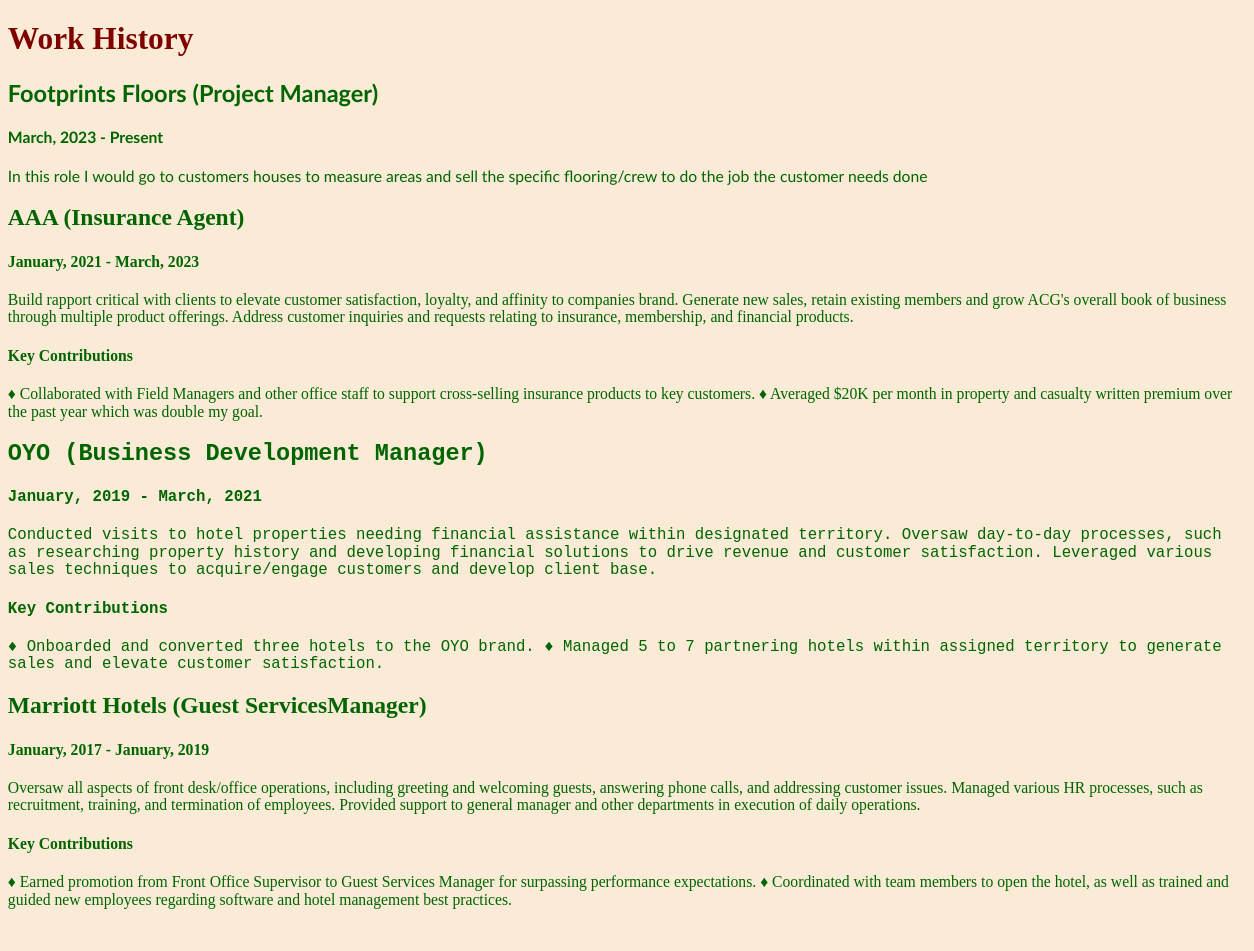
Repository: TEazy2433/LAB-HTML-Resume
Page: index.html
The author's editor kept a copy of each file at every save. The page is drawn from the files as they stood at one save, then again after the next save.
The browser window is 1280 px wide. The pictures show the whole page, at 98% of full size.

Above is the page before, as saved 2023-10-11 20:27:22.

### index.html
<!DOCTYPE html>
<html lang="en">
<head>
  <meta charset="UTF-8">
  <meta name="viewport" content="width=device-width, initial-scale=1.0">
  <title>Resume</title>
  <link rel="stylesheet" href="main.css">
  </head>
  <body>

  <script src="main.js"></script>
  </body>
  </html><html></html>
    </head>
      <title>Work History</title>
    </head>
    <body>
      <h1>Work History</h1>
      <article id="articleOne">
        <h2>Footprints Floors (Project Manager)</h2>
        <h4>March, 2023 - Present</h4>
        <section>
          <p>In this role I would go to customers houses to measure areas and sell the specific flooring/crew to do the job the customer needs done</p>
        </section>
      </article>

      <article id="articleTwo">
        <h2>AAA (Insurance Agent)</h2>
        <h4>January, 2021 - March, 2023</h4>
        <section>
          <p>Build rapport critical with clients to elevate customer satisfaction, loyalty, and affinity to companies brand. Generate new sales, retain existing members and grow ACG's overall book of business through multiple product offerings. Address customer inquiries and requests relating to insurance, membership, and financial products.</p>

          <h4>Key Contributions</h4>
          <P>♦ Collaborated with Field Managers and other office staff to support cross-selling insurance products to key customers.
            ♦ Averaged $20K per month in property and casualty written premium over the past year which was double my goal.</P>
        </section>
      </article>

      <article id="articleThree">
        <h2>OYO (Business Development Manager)</h2>
        <h4>January, 2019 - March, 2021</h4>
        <section>
          <p>Conducted visits to hotel properties needing financial assistance within designated territory. Oversaw day-to-day processes, such as researching property history and developing financial solutions to drive revenue and customer satisfaction. Leveraged various sales techniques to acquire/engage customers and develop client base.</p>

          <h4>Key Contributions</h4>
          <P>♦ Onboarded and converted three hotels to the OYO brand.
            ♦ Managed 5 to 7 partnering hotels within assigned territory to generate sales and elevate customer satisfaction.</P>
        </section>
      </article>

      <article id="articleFour">
        <h2>Marriott Hotels (Guest ServicesManager)</h2>
        <h4>January, 2017 - January, 2019</h4>
        <section>
          <p>Oversaw all aspects of front desk/office operations, including greeting and welcoming guests, answering phone calls, and addressing customer issues. Managed various HR processes, such as recruitment, training, and termination of employees. Provided support to general manager and other departments in execution of daily operations.</p>

          <h4>Key Contributions</h4>
          <P>♦ Earned promotion from Front Office Supervisor to Guest Services Manager for surpassing performance expectations.
            ♦ Coordinated with team members to open the hotel, as well as trained and guided new employees regarding software
            and hotel management best practices.</P>
        </section>
      </article>


    </body>

### main.css
body{
  background-color: antiquewhite;
}

h1{
  color:maroon

}

h2{
  color: darkgreen;
}

p{
  color:darkgreen
}

h4{
  color:darkgreen
}

h5{
  color: darkgreen;
}

#articleOne{
  font-family: 'Gill Sans', 'Gill Sans MT', Calibri, 'Trebuchet MS', sans-serif;
}

#articleTwo{
  font-family: cursive;
}

#articleThree{
  font-family: 'Courier New', Courier, monospace;
}

#articleFour{
  font-family: fantasy;
}

### main.js
console.log("Resume");

After the next save:
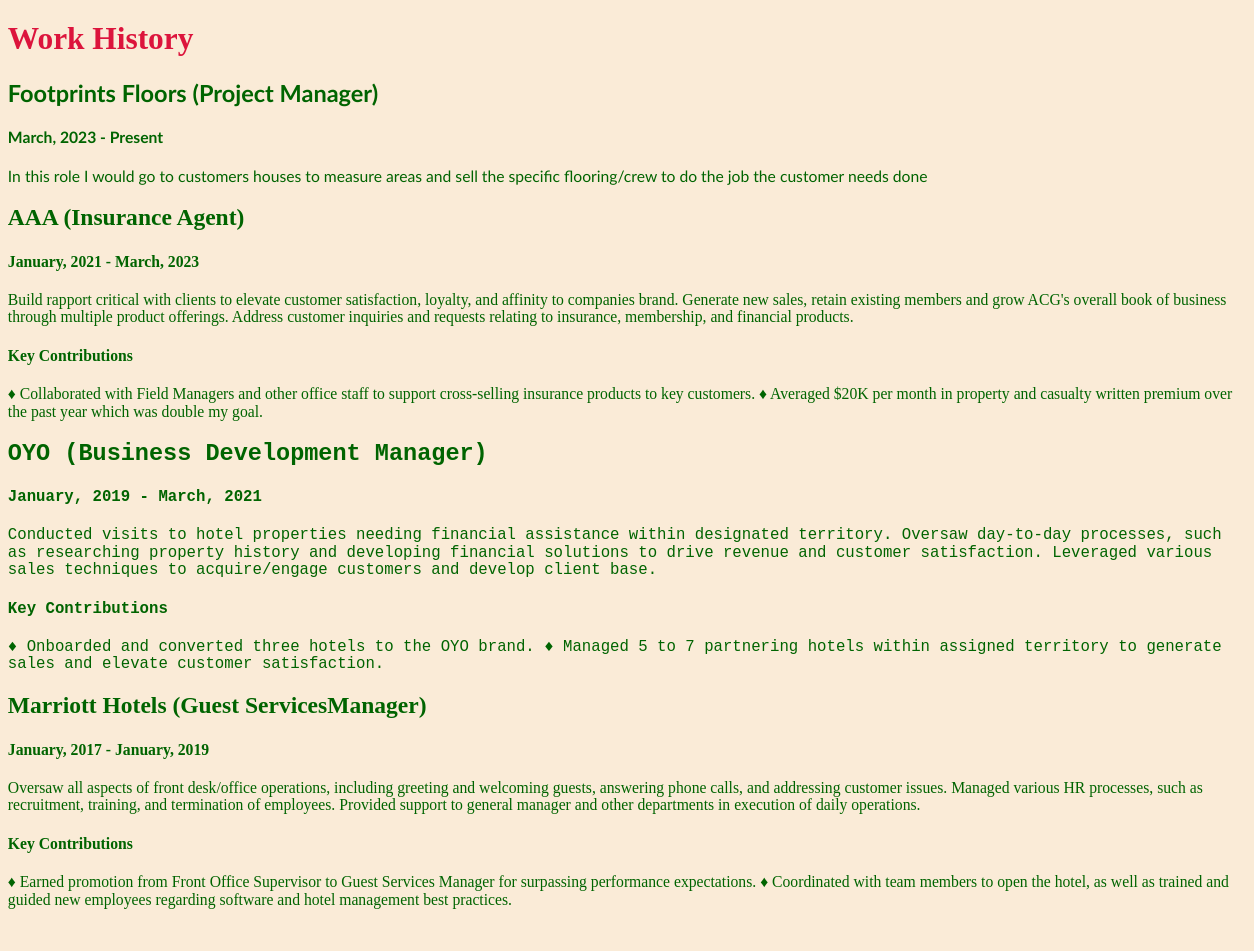
Saved 22 s later.
--- a/main.css
+++ b/main.css
@@ -3,7 +3,7 @@
 }
 
 h1{
-  color:maroon
+  color: crimson;
 
 }
 
